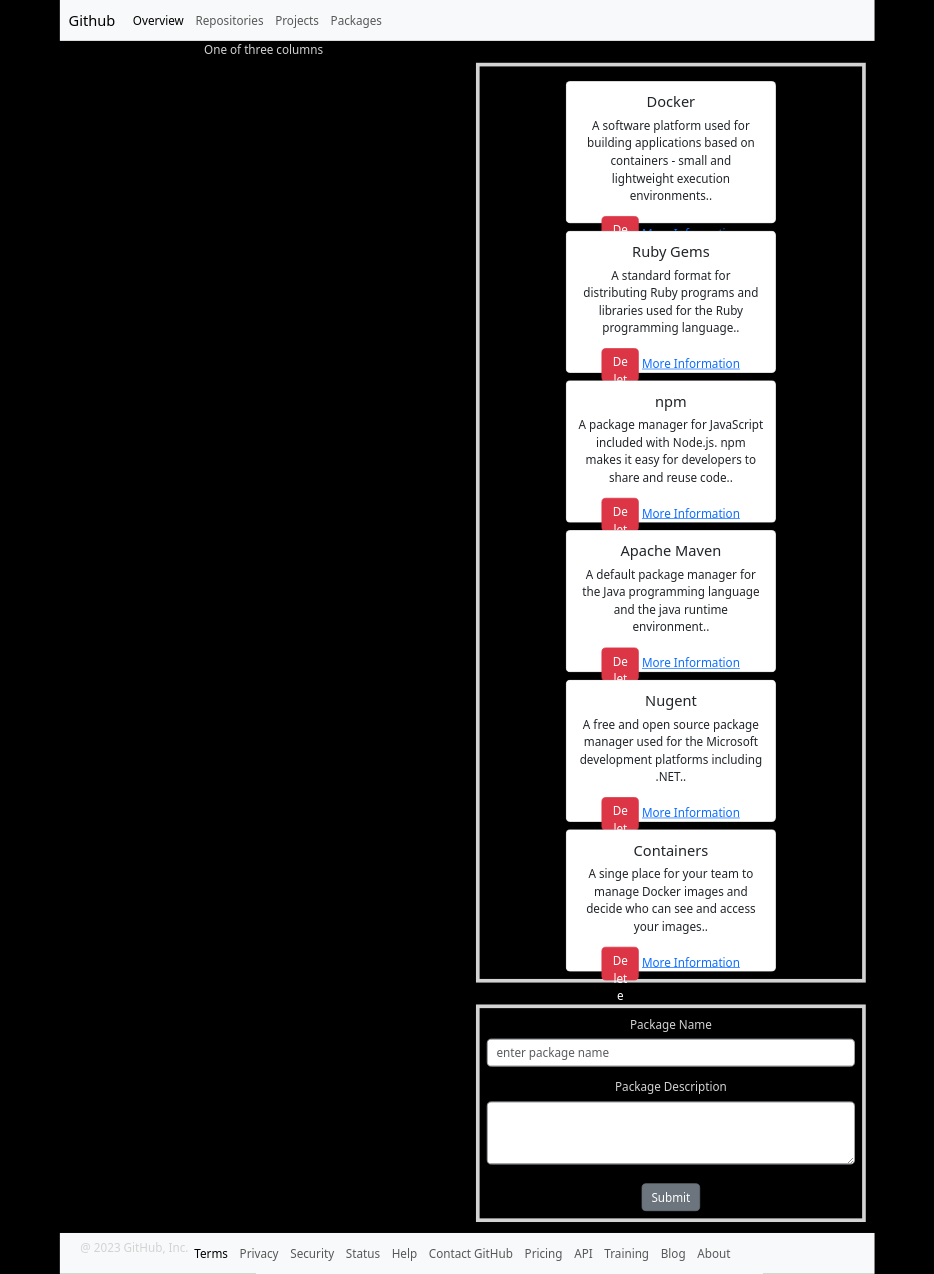
Repository: nss-evening-cohort-E23/gitsub-pull-request-posse
Page: packages.html
These files come from the project's save history. The page is drawn as it stood at one moment and after a run of saves; the edit follows.
The browser window is 1280 px wide. The pictures show the whole page, at 73% of full size.

Above is the page before, as saved 2023-05-09 19:31:31.

### packages.html
<!DOCTYPE html>
<html lang="en">
<head>
  <meta charset="UTF-8">
  <meta http-equiv="X-UA-Compatible" content="IE=edge">
  <meta name="viewport" content="width=device-width, initial-scale=1.0">
  <link href="https://cdn.jsdelivr.net/npm/bootstrap@5.3.0-alpha3/dist/css/bootstrap.min.css" rel="stylesheet" integrity="sha384-KK94CHFLLe+nY2dmCWGMq91rCGa5gtU4mk92HdvYe+M/SXH301p5ILy+dN9+nJOZ" crossorigin="anonymous">
  <link rel="stylesheet" href="packages.css">
  <title>Packages</title>
</head>
<body>
  <div class="container" id="master">
    <div id="navigate">
      <nav class="navbar navbar-expand-lg bg-body-tertiary">
        <div class="container-fluid">
          <a class="navbar-brand" href="#">Github</a>
          <button class="navbar-toggler" type="button" data-bs-toggle="collapse" data-bs-target="#navbarNavAltMarkup" aria-controls="navbarNavAltMarkup" aria-expanded="false" aria-label="Toggle navigation">
            <span class="navbar-toggler-icon"></span>
          </button>
          <div class="collapse navbar-collapse" id="navbarNavAltMarkup">
            <div class="navbar-nav">
              <a class="nav-link active" aria-current="page" href="#">Overview</a>
              <a class="nav-link" href="#">Repositories</a>
              <a class="nav-link" href="#">Projects</a>
              <a class="nav-link" href="#">Packages</a>
            </div>
          </div>
        </div>
      </nav>
    </div>
   <div class="container text-center">
    <div class="row align-items-start">
    <!-- 2 columns | first column for static bio -->
    <div class="col" id="bio">
      One of three columns

    </div>
    <div class="col">
      <!-- <h2><b><u>Packages</u></b></h2> -->
      <div id="packages"></div>
      <form class="form">
      <div id="newPackage">
      <div class="mb-3">
        <label for="exampleFormControlInput1" class="form-label">Package Name</label>
        <input type="text" class="form-control" id="name" placeholder="enter package name">
      </div>
      <div class="mb-3">
        <label for="exampleFormControlTextarea1" class="form-label">Package Description</label>
        <textarea class="form-control" id="description" rows="3"></textarea>
      </div>
      <button type="submit" class="btn btn-secondary" id="submit">Submit</button>
    </div>
  </form>
  </div>
  </div>
</div>
<!-- Footer -->

<div class="footer">
<nav class="navbar navbar-expand-lg bg-body-tertiary">
  <div class="container-fluid">
    <a class="navbar-brand" href="#"></a>
    <button class="navbar-toggler" type="button" data-bs-toggle="collapse" data-bs-target="#navbarNav" aria-controls="navbarNav" aria-expanded="false" aria-label="Toggle navigation">
      <span class="navbar-toggler-icon"></span>
    </button>
    <div class="collapse navbar-collapse" id="footer">
      <p>@ 2023 GitHub, Inc.</p>
      <div id="ftr-links">
      <ul class="navbar-nav">
        <li class="nav-item">
          <a class="nav-link active" aria-current="page" href="#">Terms</a>
        </li>
        <li class="nav-item">
          <a class="nav-link" href="#">Privacy</a>
        </li>
        <li class="nav-item">
          <a class="nav-link" href="#">Security</a>
        </li>
        <li class="nav-item">
          <a class="nav-link" href="#">Status</a>
        </li>
        <li class="nav-item">
          <a class="nav-link" href="#">Help</a>
        </li>
      </ul>

      <ul class="navbar-nav">
        <li class="nav-item">
          <a class="nav-link" href="#">Contact GitHub</a>
        </li>
        <li class="nav-item">
          <a class="nav-link" href="#">Pricing</a>
        </li>
        <li class="nav-item">
          <a class="nav-link" href="#">API</a>
        </li>
        <li class="nav-item">
          <a class="nav-link" href="#">Training</a>
        </li>
        <li class="nav-item">
          <a class="nav-link" href="#">Blog</a>
        </li>
        <li class="nav-item">
          <a class="nav-link" href="#">About</a>
        </li>
      </ul>
    </div>
  </div>
</nav>
</div>
</div>
</div>
</div>
  <script src="main.js"></script>
  <script src="https://cdn.jsdelivr.net/npm/bootstrap@5.3.0-alpha3/dist/js/bootstrap.bundle.min.js" integrity="sha384-ENjdO4Dr2bkBIFxQpeoTz1HIcje39Wm4jDKdf19U8gI4ddQ3GYNS7NTKfAdVQSZe" crossorigin="anonymous"></script>
</body>
</html>

### packages.css
body {
  background-color: black;
  color: lightgray;
  flex: auto;
}

#master {
  display: flex;
  flex-direction: column;
  height: 100vh;
}

#navigate {
  flex: none;



}

.footer {
  margin-top: auto;
  justify-content: space-around;

}

#ftr-links {
  display: flex;
  flex-direction: row;
  justify-content: space-between;

}

#packages {
  display: flex;
  flex-direction: row;
  flex-wrap: wrap;
  justify-content: space-around;
  margin: 0 auto;
  width: 100%;
  border: 5px solid lightgray;
  padding: 10px;
  margin-top: 30px;

}

.card {
 height: 195px;
 margin-top: 10px;
}

#newPackage {
  border: 5px solid lightgray;
  margin-top: 30px;
  margin-bottom: 15px;
  padding: 10px;
}

#submit {
  margin-top: 10px;
}

#delete {
  margin: auto;
  width: 20%;
  height: 20%;
}

### main.js

const renderToDom = (divId, htmltoRender) => {
  let targetedDiv = document.getElementById(divId);
  targetedDiv.innerHTML = htmltoRender;
};

const reposCardsOnDom = () => {
  let domString = "";
  domString += `

  `;
};

// packages array
const packages = [
  {
    id: 1,
    name: 'Docker',
    description: 'A software platform used for building applications based on containers - small and lightweight execution environments.',

  },

  {
    id: 2,
    name: 'Ruby Gems',
    description: 'A standard format for distributing Ruby programs and libraries used for the  Ruby programming language.',

  },

  {
    id: 3,
    name: 'npm',
    description: 'A package manager for JavaScript included with Node.js. npm makes it easy for developers to share and reuse code.',

  },

  {
    id: 4,
    name: 'Apache Maven',
    description: 'A default package manager for the Java programming language and the java runtime environment.',

  },

  {
    id: 5,
    name: 'Nugent',
    description: 'A free and open source package manager used for the Microsoft development platforms including .NET.',

  },

  {
    id: 6,
    name: 'Containers',
    description: 'A singe place for your team to manage Docker images and decide who can see and access your images.',
  },
]

// packages
const packagesOnDom = (array) => {
  let domString = "";

// package cards
for (const package of array) {
  domString += `<div class="card" style="width: 18rem;" id="pkgs">
  <div class="card-body">
    <h5 class="card-title">${package.name}</h5>
    <p class="card-text">${package.description}.</p>
    <button class="btn btn-danger" id="delete">Delete</button>
    <a href="#" class="card-link">More Information</a>

  </div>
</div>`
}
renderToDom("packages", domString);

}
packagesOnDom(packages);

const startApp = () => {
  packagesOnDom(packages);
}

const form = document.querySelector('.form');

const createNewPackage = (e) => {
  e.preventDefault();

  const newPackage = {
    id: packages.length + 1,
    name: document.querySelector('#name').value,
    description: document.querySelector('#description').value,
  }

  packages.push(newPackage);
  packagesOnDom(packages);
  form.reset();
}

form.addEventListener('submit', createNewPackage);

startApp();

After the next 6 saves:
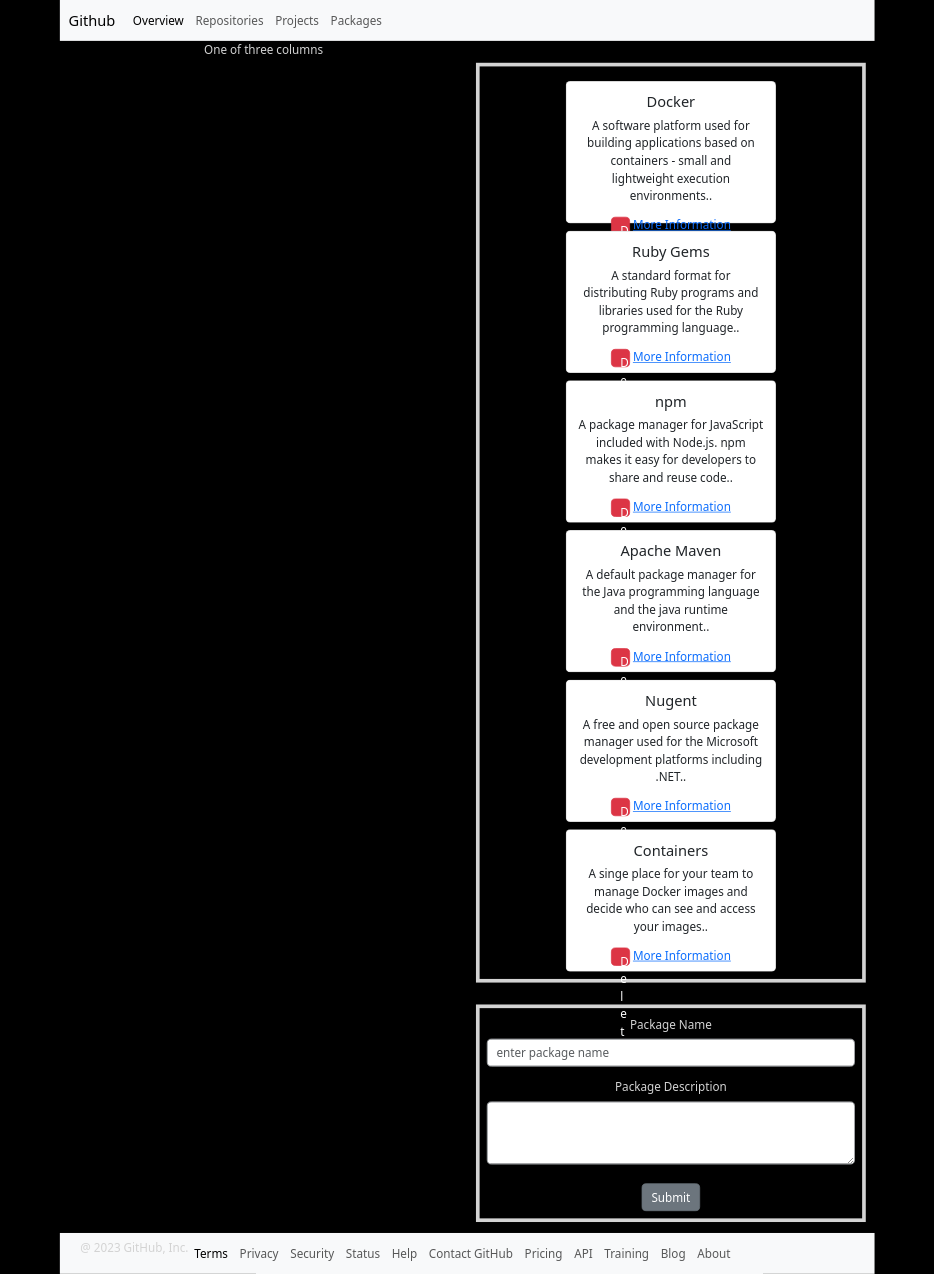
The 6 saves are shown as one change because they came seconds apart.
The last was saved 19 s later.
--- a/packages.css
+++ b/packages.css
@@ -61,6 +61,6 @@
 
 #delete {
   margin: auto;
-  width: 20%;
-  height: 20%;
+  width: 20px;
+  height: 25px;
 }
